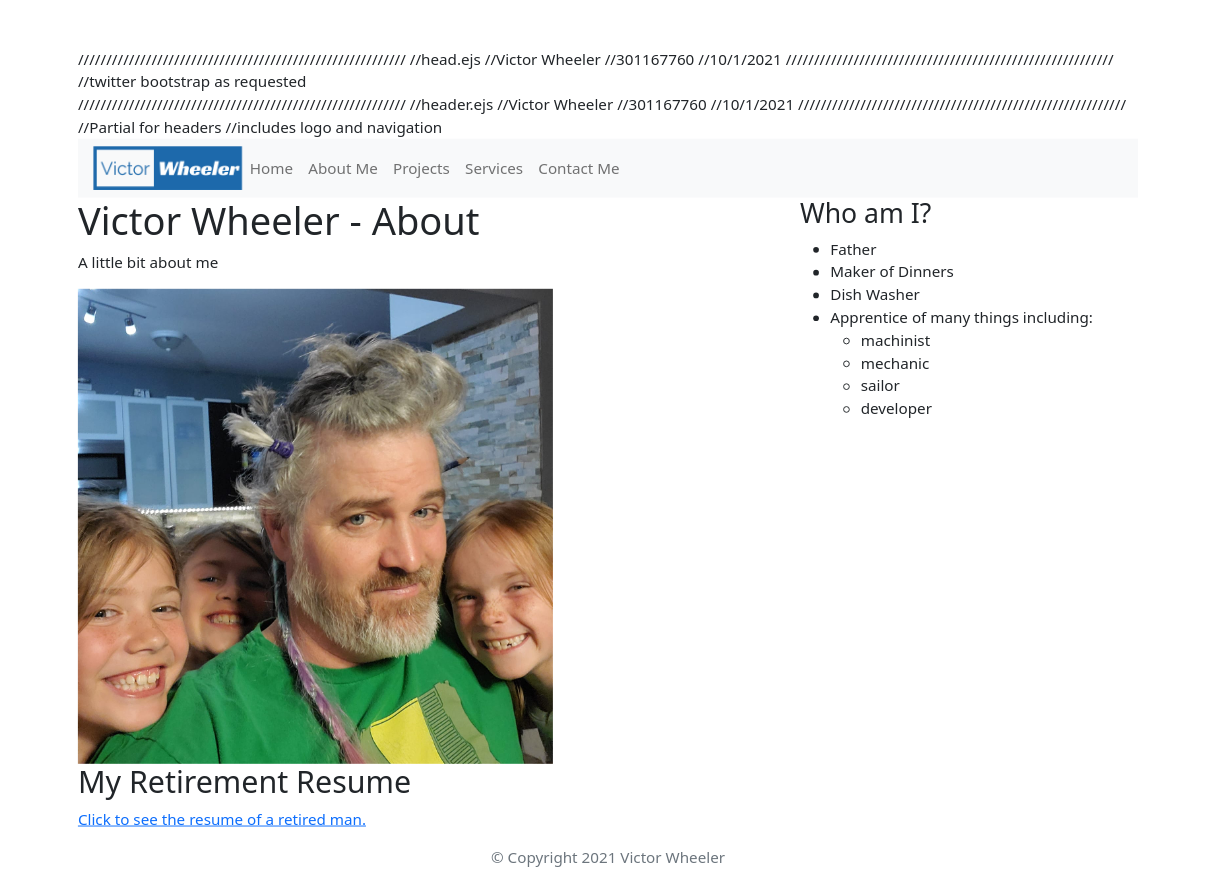
Repository: VictorWheeler/COMP_229_301167760
Page: http://localhost/about
The author's editor kept a copy of each file at every save. The page is drawn from the files as they stood at one save, then again after the next save.
The browser window is 1280 px wide. The pictures show the whole page, at 95% of full size.
The page is served by the project's Node server (server.js).

Above is the page before, as saved 2021-10-01 10:11:24.

### Express-Portfolio-Site/views/pages/about.ejs
<!DOCTYPE html>
<html lang="en">
<head>
  <%- include('../partials/head'); %>
</head>
<body class="container">

<header>
  <%- include('../partials/header'); %>
</header>

<main>
<div class="row">
  <div class="col-sm-8">
    <div class="jumbotron">
      <h1>Victor Wheeler - About</h1>
      <p>A little bit about me</p>
      <img src="/images/aboutme.jpg" alt="Victor Wheeler" width="500" height="500">
      <h2>My Retirement Resume</h2>
      <p><a href="/files/Resume.pdf">Click to see the resume of a retired man.</a></p>
    </div>
  </div>

  <div class="col-sm-4">
    <div class="well">
      <h3>Who am I?</h3>
      <ul>
      <li>Father</li>
      <li>Maker of Dinners</li>
      <li>Dish Washer</li>
      <li>Apprentice of many things including:</li>
        <ul>
          <li>machinist</li>
          <li>mechanic</li>
          <li>sailor</li>
          <li>developer</li>
        </ul>
      </ul>
    </div>
  </div>
</div>
</main>

<footer>
  <%- include('../partials/footer'); %>
</footer>

</body>
</html>

### Express-Portfolio-Site/views/partials/head.ejs
//////////////////////////////////////////////////////////
//head.ejs
//Victor Wheeler
//301167760
//10/1/2021
//////////////////////////////////////////////////////////
<meta charset="UTF-8">
<title>Victor Wheeler</title>

<!-- CSS (load bootstrap from a CDN) -->
<link rel="stylesheet" href="/css/bootstrap.min.css">    //twitter bootstrap as requested
<style>
  body { padding-top:50px; }
</style>

### Express-Portfolio-Site/views/partials/header.ejs
//////////////////////////////////////////////////////////
//header.ejs
//Victor Wheeler
//301167760
//10/1/2021
//////////////////////////////////////////////////////////

//Partial for headers
  //includes logo and navigation
<nav class="navbar navbar-expand-lg navbar-light bg-light">
  <a class="navbar-brand"></a><img class="logo" src="/images/vw_logo.png" width="157" height="46" alt="why">
   <ul class="navbar-nav mr-auto">
    <li class="nav-item">
      <a class="nav-link" href="/">Home</a>
    </li>
    <li class="nav-item">
      <a class="nav-link" href="/about">About Me</a>
    </li>
    <li class="nav-item">
      <a class="nav-link" href="/projects">Projects</a>
    </li>
    <li class="nav-item">
      <a class="nav-link" href="/services">Services</a>
    </li>
    <li class="nav-item">
      <a class="nav-link" href="/contact">Contact Me</a>
    </li>
  </ul>
</nav>

### Express-Portfolio-Site/views/partials/footer.ejs
<p class="text-center text-muted">&copy; Copyright 2021 Victor Wheeler</p>

### Express-Portfolio-Site/server.js
//////////////////////////////////////////////////////////
//server.js
//Victor Wheeler
//301167760
//10/1/2021
//////////////////////////////////////////////////////////

//declare variables and constants
var express = require('express');
var app = express();
const bodyParser = require('body-parser')
app.use(bodyParser.urlencoded({extended: true}))
const nodemailer = require('nodemailer')


// set the view engine to ejs
app.set('view engine', 'ejs');

//set public folder as static
app.use(express.static("public"));

// use res.render to load up an ejs view file

// Home page page
app.get('/', function(req, res) {
  res.render('pages/index');
});

// About Me page
app.get('/about', function(req, res) {
  res.render('pages/about');
});

// Projects page
app.get('/projects', function(req, res) {
    res.render('pages/projects');
  });

  // Services page
app.get('/services', function(req, res) {
    res.render('pages/services');
  });

  // Contact Me page
app.get('/contact', function(req, res) {
    res.render('pages/contact');
  });

  // POST route from contact form
app.post('/contact', (req, res) => {
  })

  //set listening port and log to console
app.listen(3000);
console.log('Server is listening on port 3000');

Loaded but not shown: Express-Portfolio-Site/public/css/bootstrap.min.css (library)

After the next save:
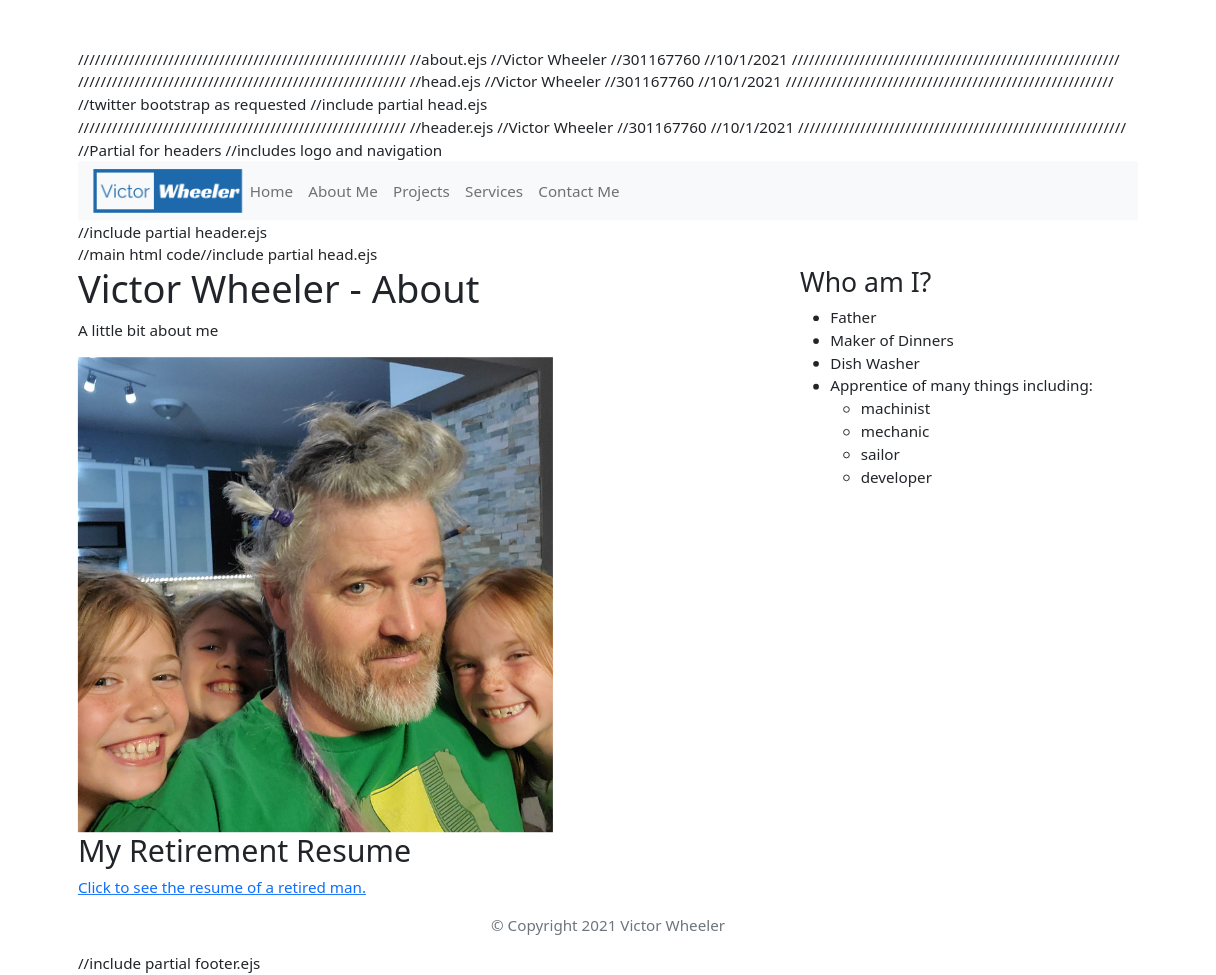
Saved 64 s later.
--- a/Express-Portfolio-Site/views/pages/about.ejs
+++ b/Express-Portfolio-Site/views/pages/about.ejs
@@ -1,15 +1,21 @@
+//////////////////////////////////////////////////////////
+//about.ejs
+//Victor Wheeler
+//301167760
+//10/1/2021
+//////////////////////////////////////////////////////////
 <!DOCTYPE html>
 <html lang="en">
 <head>
-  <%- include('../partials/head'); %>
+  <%- include('../partials/head'); %>   //include partial head.ejs
 </head>
 <body class="container">
 
 <header>
-  <%- include('../partials/header'); %>
+  <%- include('../partials/header'); %>    //include partial header.ejs
 </header>
 
-<main>
+<main>                                  //main html code//include partial head.ejs
 <div class="row">
   <div class="col-sm-8">
     <div class="jumbotron">
@@ -42,7 +48,7 @@
 </main>
 
 <footer>
-  <%- include('../partials/footer'); %>
+  <%- include('../partials/footer'); %>     //include partial footer.ejs
 </footer>
 
 </body>
